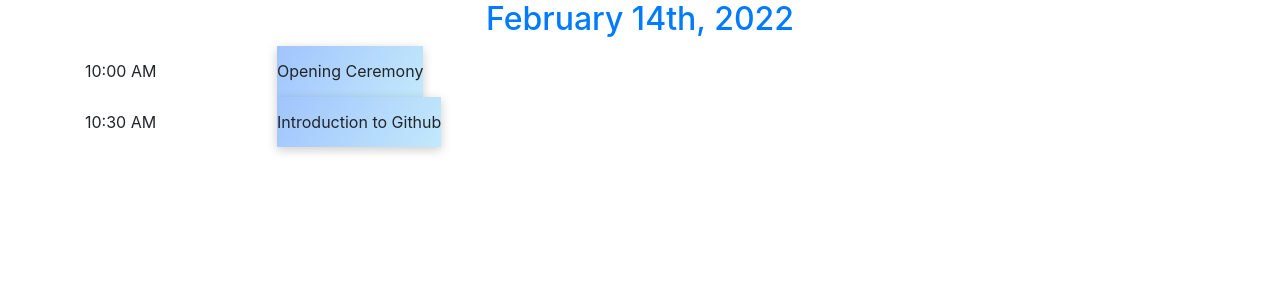
Repository: BaileyLuu/yuHacks2022
Page: public/schedule.html
An editor plug-in stored every save of this project. The page is shown before and after the next save, followed by the edit.
The browser window is 1280 px wide. The pictures show the whole page.
Some web libraries are served in a nearby version.

Above is the page before, as saved 2021-11-20 12:55:03.

### public/schedule.html
<!DOCTYPE html>
<html lang="en">

<head>
    <meta charset="UTF-8">
    <meta http-equiv="X-UA-Compatible" content="IE=edge">
    <meta name="viewport" content="width=device-width, initial-scale=1.0">

    <script src="https://ajax.googleapis.com/ajax/libs/jquery/3.5.1/jquery.min.js"></script>

    <!-- Popper JS -->
    <script src="https://cdnjs.cloudflare.com/ajax/libs/popper.js/1.12.9/umd/popper.min.js"
        integrity="sha384-ApNbgh9B+Y1QKtv3Rn7W3mgPxhU9K/ScQsAP7hUibX39j7fakFPskvXusvfa0b4Q"
        crossorigin="anonymous"></script>

    <!-- Latest compiled JavaScript -->
    <script src="https://maxcdn.bootstrapcdn.com/bootstrap/4.0.0/js/bootstrap.min.js"
        integrity="sha384-JZR6Spejh4U02d8jOt6vLEHfe/JQGiRRSQQxSfFWpi1MquVdAyjUar5+76PVCmYl"
        crossorigin="anonymous"></script>

    <!-- Latest compiled and minified CSS -->
    <link rel="stylesheet" href="https://maxcdn.bootstrapcdn.com/bootstrap/4.0.0/css/bootstrap.min.css"
        integrity="sha384-Gn5384xqQ1aoWXA+058RXPxPg6fy4IWvTNh0E263XmFcJlSAwiGgFAW/dAiS6JXm" crossorigin="anonymous">

    <!-- AOS CSS Library CDN -->
    <link href="https://unpkg.com/aos@2.3.1/dist/aos.css" rel="stylesheet">
    <!-- Bootstrap Icons -->
    <link rel="stylesheet" href="https://cdn.jsdelivr.net/npm/bootstrap-icons@1.7.0/font/bootstrap-icons.css">



    <script src="https://code.jquery.com/jquery-3.2.1.slim.min.js"
        integrity="sha384-KJ3o2DKtIkvYIK3UENzmM7KCkRr/rE9/Qpg6aAZGJwFDMVNA/GpGFF93hXpG5KkN"
        crossorigin="anonymous"></script>
    <link rel="stylesheet" href="./schedule.css">
    <script src="schedule.js"></script>
    <script src="https://ajax.googleapis.com/ajax/libs/jquery/3.3.1/jquery.min.js"></script>
    <title>yuHacks Schedule</title>
</head>

<body>
    <section class="">
        <div class="container">
            <h2 class="text-primary title text-center">February 14th, 2022</h1>

                <!-- <div class="row row-cols-2">
          <div class="col">Column</div>
          <div class="col">Column</div>
          <div class="col">Column</div>
          <div class="col">Column</div>
          <div class="col">Column</div>
          <div class="col">Column</div>

        </div>
        <div class="row row-cols-2">
            <div class="col">Column</div>
            <div class="col">Column</div>
            <div class="col">Column</div>
            <div class="col">Column</div>
            <div class="col">Column</div>
            <div class="col">Column</div>

          </div> -->
                <div class="schedule-table">



                    <div class="box schedule-time">
                        <div class="schedule-time">10:00 AM</div>
                        <div class="session-box">Opening Ceremony</div>


                    </div>
                    <div class="box schedule-time">
                        <div class="schedule-time">10:30 AM</div>
                        <div class="session-box">Introduction to Github</div>
                    </div>

                    <!-- <div class="col-md-8">
              <div>Introduction to Github</div>
              <div></div>
              <div>Introduction to Bootstrap</div>
          </div> -->

                </div>
        </div>
    </section>

    <script src="https://cdnjs.cloudflare.com/ajax/libs/jquery/3.6.0/jquery.min.js"
        integrity="sha512-894YE6QWD5I59HgZOGReFYm4dnWc1Qt5NtvYSaNcOP+u1T9qYdvdihz0PPSiiqn/+/3e7Jo4EaG7TubfWGUrMQ=="
        crossorigin="anonymous" referrerpolicy="no-referrer"></script>
    <!-- Option 1: Bootstrap Bundle with Popper -->
    <script src="https://cdn.jsdelivr.net/npm/bootstrap@5.1.3/dist/js/bootstrap.bundle.min.js"
        integrity="sha384-ka7Sk0Gln4gmtz2MlQnikT1wXgYsOg+OMhuP+IlRH9sENBO0LRn5q+8nbTov4+1p"
        crossorigin="anonymous"></script>

    <script src="https://unpkg.com/aos@2.3.1/dist/aos.js"></script>
    <script>
        AOS.init({
            offset: 500,
            duration: 800,
            once: true,
        }

        );
    </script>
</body>

</html>

### public/schedule.css
/* body {
    background-color: #141c3c;
  } */

.schedule-time{
  display:flex;
  flex-direction: column;
  width:15vw;
  height:7vh;
  box-sizing: border-box;
  z-index: 50;
  line-height: 7vh;
  flex-wrap: wrap;



}
.session-box{
  background-image: linear-gradient(120deg, #a1c4fd 0%, #c2e9fb 100%);
  box-shadow: 0 3px 10px rgb(0 0 0 / 0.2);
  /* flex: 1 1 70px; */
  display: inline-block;
}
.schedule-table{
  display:flex;
  flex-direction:column;

}
.box>* {
  flex: 1 1 70px;
}

Loaded but not shown: public/schedule.js (no copy from this time; the picture is the same without it)

After the next save:
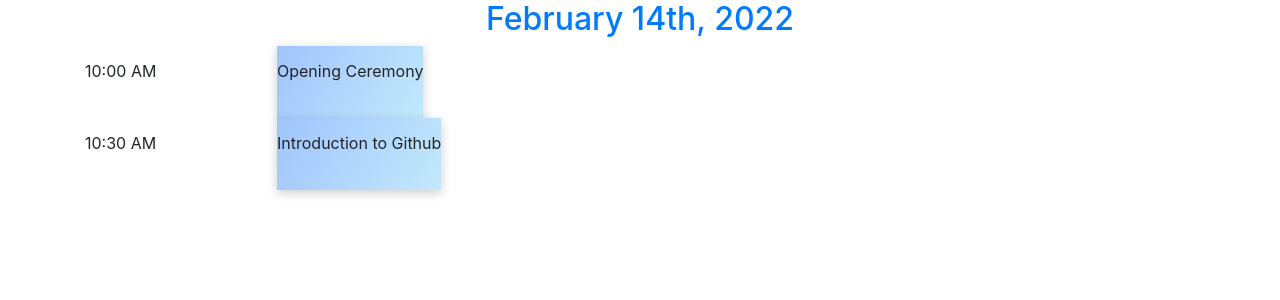
Saved 31 s later.
--- a/public/schedule.css
+++ b/public/schedule.css
@@ -6,7 +6,7 @@
   display:flex;
   flex-direction: column;
   width:15vw;
-  height:7vh;
+  height:10vh;
   box-sizing: border-box;
   z-index: 50;
   line-height: 7vh;
